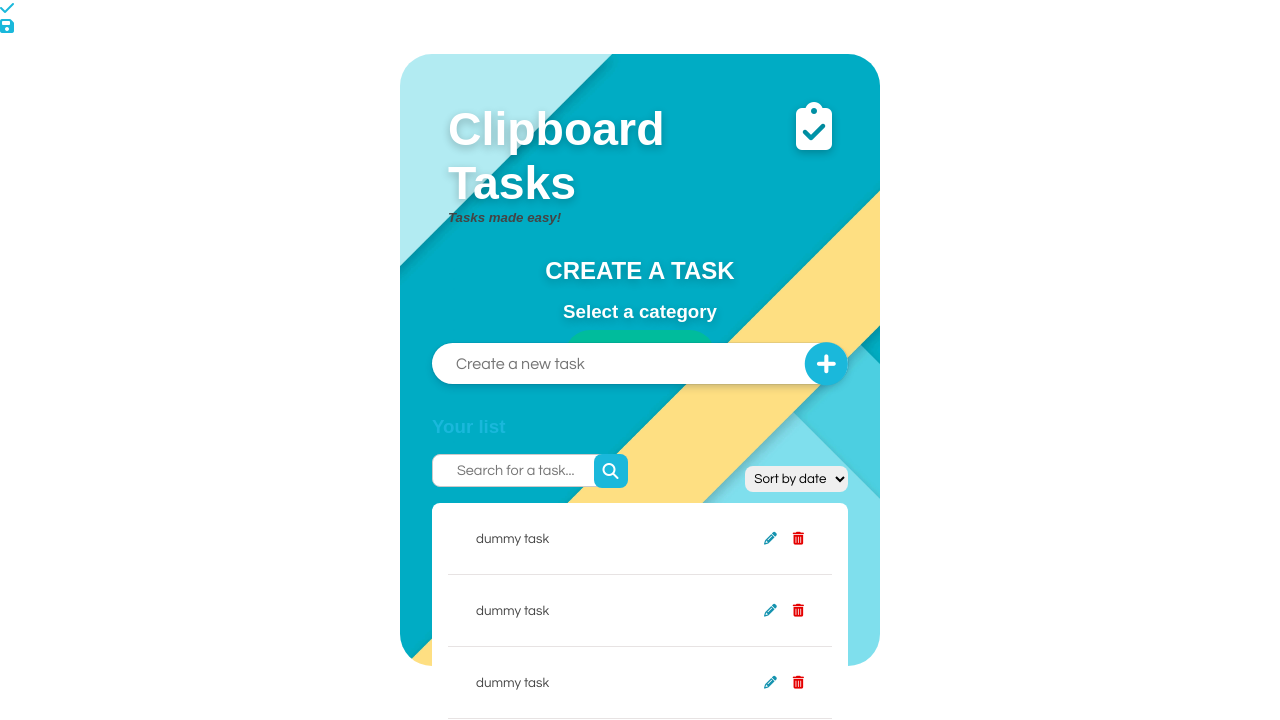
Repository: WesleyErasmus/Todo-App
Page: todoApp.html
The author's editor kept a copy of each file at every save. The page is drawn from the files as they stood at one save, then again after the next save.
The browser window is 1280 px wide. The pictures show the whole page.
Some web fonts or font styles are not loaded; a fallback is used. Some web libraries are served in a nearby version.

Above is the page before, as saved 2022-06-12 16:54:19.

After the next save:
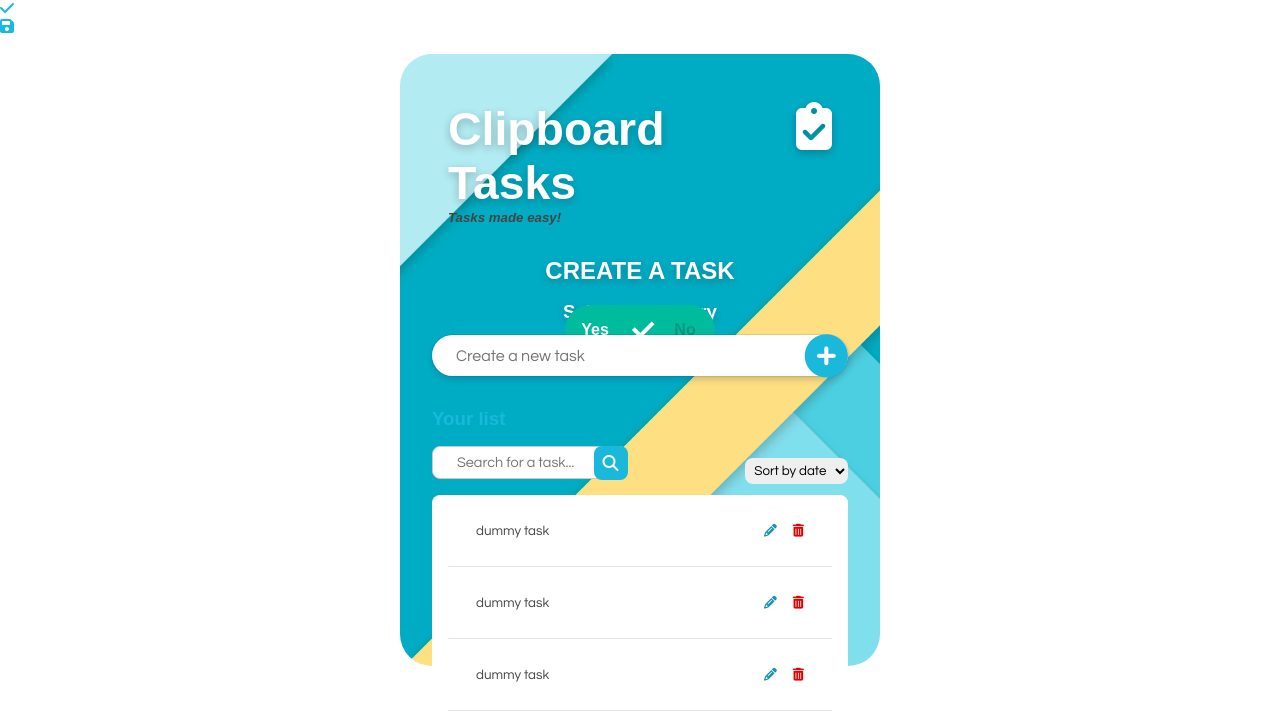
Saved 18 s later.
--- a/source/css/todoApp.css
+++ b/source/css/todoApp.css
@@ -332,9 +332,7 @@ option {
 
 /* CATEGORY TOGGLE */
 .toggle-radio {
-    display: flex;
-    justify-content: center;
-    align-items: center;
+    position: relative;
 }
 
 .switch {
